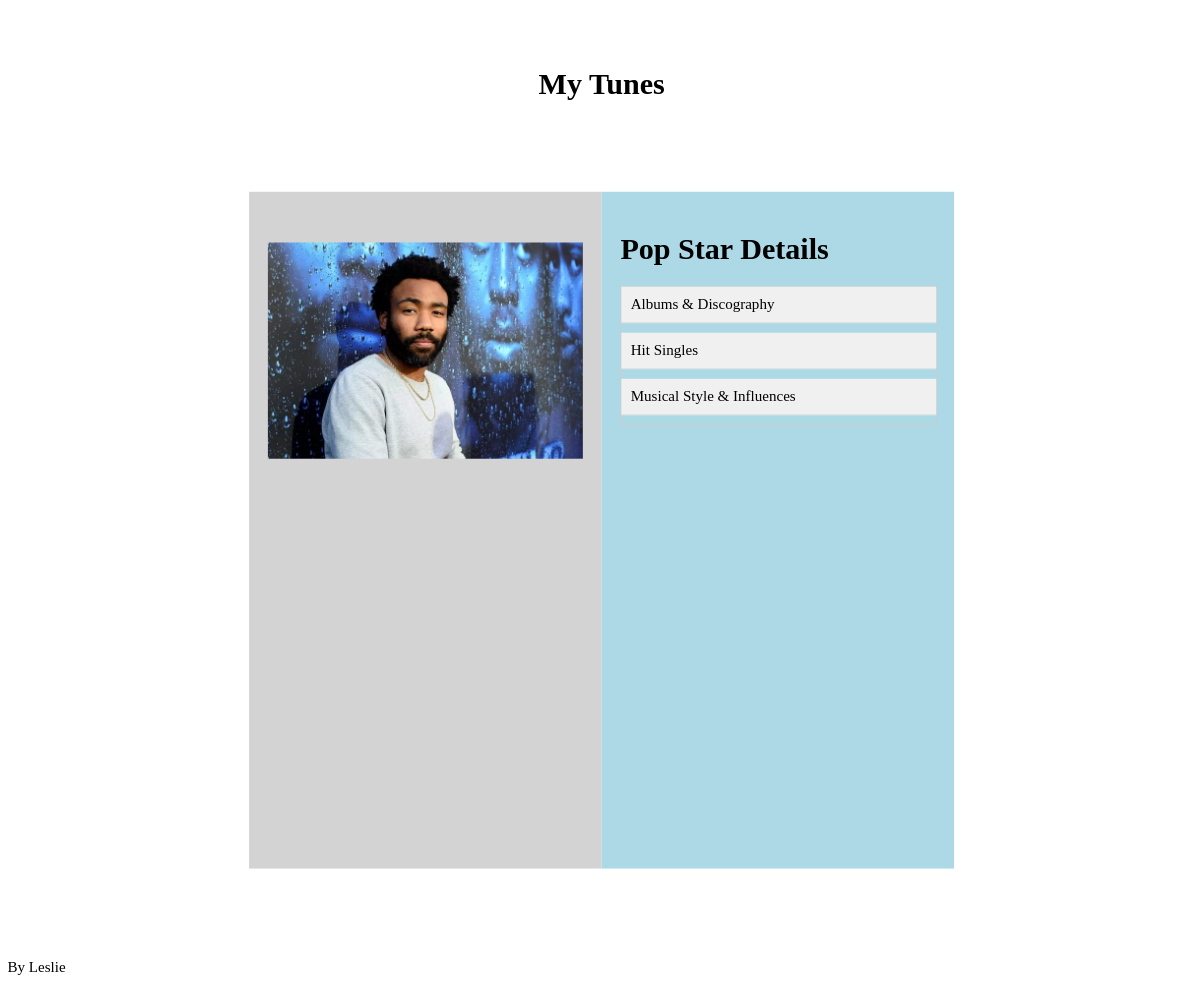
Repository: leslie179/labOne
Page: /
An editor plug-in stored every save of this project. The page is shown before and after the next save, followed by the edit.
The browser window is 1280 px wide. The pictures show the whole page, at 94% of full size.
The project was rebuilt for these pictures with package versions that can differ from the ones it lists, and the page was loaded fresh each time. The framework's server and built-in components were replaced by stand-ins that run in the browser. Also part of the build but not shown: next.config.js, components/Footer/Footer.module.css.

Above is the page before, as saved 2024-09-15 22:11:50.

After the next save:
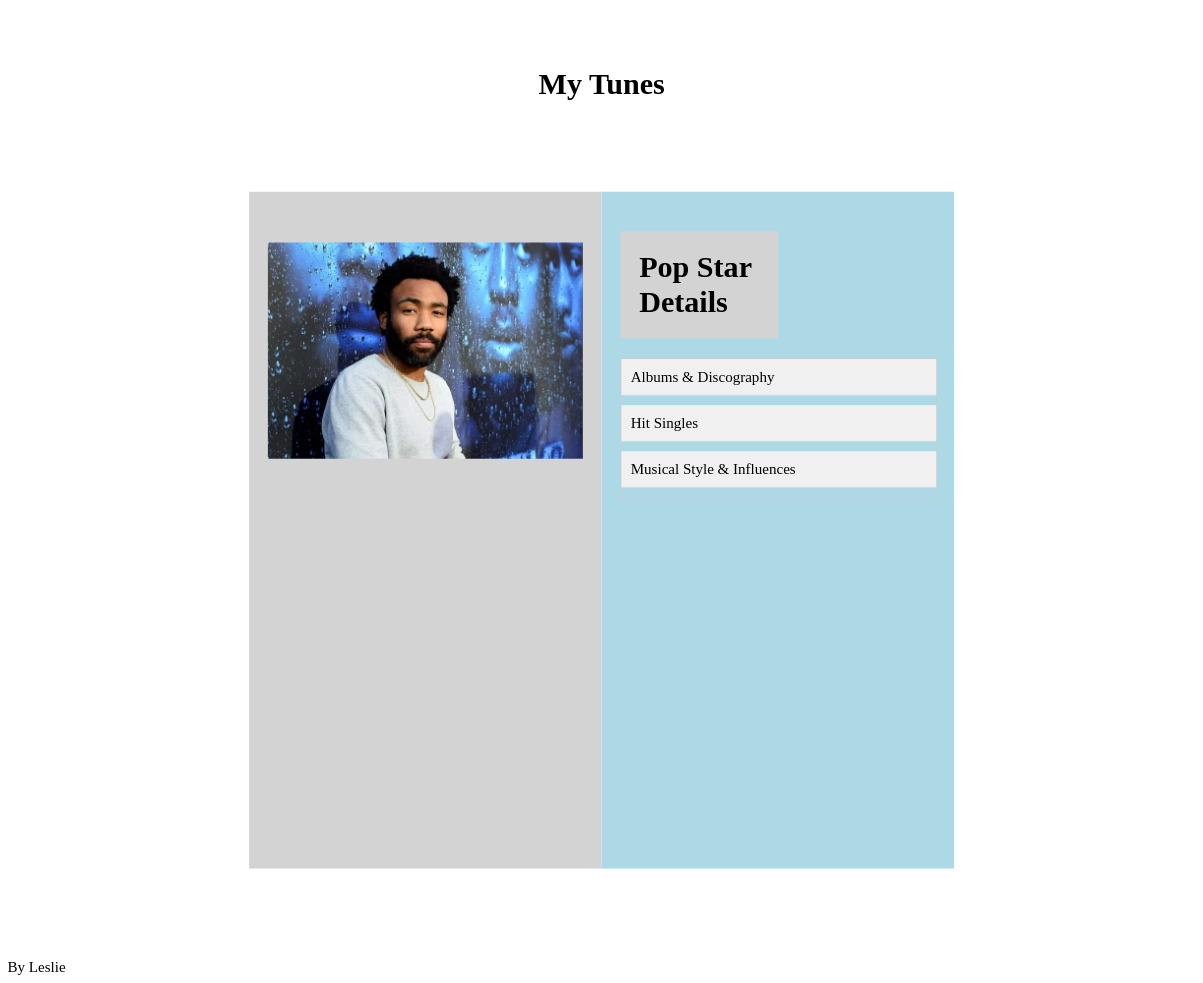
Saved 26 s later.
--- a/pages/index.js
+++ b/pages/index.js
@@ -21,7 +21,7 @@ export default function Home() {
                 <LeftComponent />
             </div>
             <div className={styles.right}>
-              <h1>Pop Star Details</h1>
+              <h1 className={styles.left}>Pop Star Details</h1>
                 <RightComponent />
             </div>
             </div>
